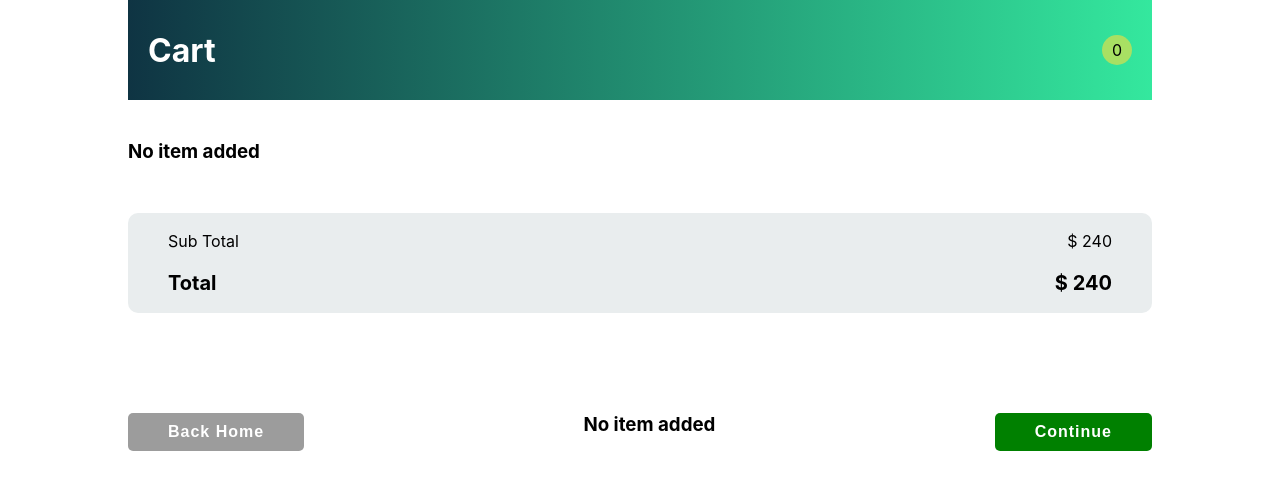
Repository: Yowani24/CarbonApp
Page: /cart
The author's editor kept a copy of each file at every save. The page is drawn from the files as they stood at one save, then again after the next save.
The browser window is 1280 px wide. The pictures show the whole page.
The project was rebuilt for these pictures with package versions that can differ from the ones it lists, and the page was loaded fresh each time. The framework's server and built-in components were replaced by stand-ins that run in the browser. Also part of the build but not shown: next.config.js.

Above is the page before, as saved 2021-09-27 13:58:50.

### pages/_app.js
import { useState } from 'react';
import '../styles/globals.css'
import { CreditProvider } from './products/CreditList'

function MyApp({ Component, pageProps }) {
  return (
    <CreditProvider>
      <Component {...pageProps} />
    </CreditProvider>
  );
}

export default MyApp

### pages/cart/index.js
import React from 'react';
import Head from 'next/head'

import styles from './Cart.module.css'
import Link from 'next/link'

import { CreditList } from '../products/CreditList'
import { useContext } from 'react'

export default function Cart(props) {
    const {cartContent, onAdd, onRemove} = useContext(CreditList);
    const [cartItems, setCartItems] = cartContent;
    return (
        <>
          <Head>
              <title>Cart</title>
          </Head>
          <header>
              <div className={styles.interface}>
                    <div className={styles.header_content}>
                        <h1>Cart</h1>
                        <p>{cartItems.length}</p>
                    </div>
              </div>
          </header>

          <section>
              <div className={styles.interface}>
                  <div className={styles.boxes}>
                      <h3>{cartItems.length === 0 && <p>No item added</p>}</h3>
                      {cartItems.map(item => (
                          <div className={styles.content_box} key={item.id}>
                          <div className={styles.box}>
                              <h3>{item.product}</h3>
                          </div>

                          <div className={styles.product_details}>
                            <div className={styles.description}>
                                <p>{item.product}</p>
                                <p>{item.description}</p>
                            </div>

                            <div className={styles.details_wrapper}>
                                <div className={styles.quantity_controls}>
                                    <button onClick={() => onRemove(item)}>-</button>
                                    <button onClick={() => onAdd(item)}>+</button>
                                </div>

                                <div className={styles.current_money}>
                                    <p>{item.quantity}</p>
                                    <span>x</span>
                                    <p>$ {item.price}</p>
                                </div>
                            </div>
                          </div>
                      </div>
                      ))}
                  </div>

                  <div className={styles.total_to_pay_box}>
                      <span>
                          <p>Sub Total</p>
                          <p>$ 240</p>
                      </span>
                      <span>
                          <p>Total</p>
                          <p>$ 240</p>
                      </span>
                  </div>

                  <div className={styles.button_box}>
                      <Link href="/"><button>Back Home</button></Link>
                      <h3>{cartItems.length === 0 && <p>No item added</p>}</h3>
                      <Link href="/payment"><button>Continue</button></Link>
                  </div>
              </div>
          </section>
        </>
    )
}

### styles/globals.css
html,
body {
  padding: 0;
  margin: 0;
  font-family: -apple-system, BlinkMacSystemFont, Segoe UI, Roboto, Oxygen,
    Ubuntu, Cantarell, Fira Sans, Droid Sans, Helvetica Neue, sans-serif;
}

a {
  color: inherit;
  text-decoration: none;
}

* {
  margin: 0;
  box-sizing: border-box;
}

### pages/products/CreditList.js
import React, { useState, createContext } from 'react';

export const CreditList = createContext();

export const CreditProvider = (props) => {
    const [credit, setCredit] = useState([
        {
            id: 1,
            product: 'Carbon Credit',
            price: 120,
            description: 'More details goes here like description'
        },
        {
            id: 2,
            product: 'Carbon Credit',
            price: 120,
            description: 'More details about the product'
        },
        {
            id: 3,
            product: 'Carbon Credit',
            price: 120,
            description: 'More details for the item'
        },
        {
            id: 4,
            product: 'Carbon Credit',
            price: 120,
            description: 'More details to provide about carb cred'
        }

    ]);

    const [cartItems, setCartItems] = useState([]);

    const onAdd = () => {
        const exist = cartItems.find(x => x.id === credit.id);
        if(exist) {
            setCartItems(cartItems.map(x => x.id === credit.id ? {...exist, quantity: exist.quantity + 1} : x));
        }else{
            setCartItems([...cartItems, {...credit, quantity: 1}])
        }
    }

    return (
        <CreditList.Provider value={{credits:[credit, setCredit], cartContent:[cartItems, setCartItems], onAdd: onAdd }}>
            {props.children}
        </CreditList.Provider>
    );
}

### pages/cart/Cart.module.css
.interface{
    width: 80%;
    margin: 0 auto;
}

@media (max-width: 780px){
    .interface{
        width: 100%;
    }
}

/* =================HEADER================ */

.header_content{
    display: flex;
    justify-content: space-between;
    align-items: center;
    height: 100px;
    padding: 0 20px;

    background: #34e89e;
    background: -webkit-linear-gradient(to right, #0f3443, #34e89e);
    background: linear-gradient(to right, #0f3443, #34e89e);
}
.header_content h1{
    color: #FFFFFF;
}
.header_content p{
    display: flex;
    justify-content: center;
    align-items:center;
    width: 30px;
    height: 30px;
    border-radius: 100%;
    background: #a8e063;
}

@media (max-width:415px){
    .header_content{
        height: 80px;
    }
}

/* ============================== */
.boxes{
    margin-top: 40px;
}
.content_box{
    width: 100%;
    height: 120px;
    background:rgb(233, 237, 238);
    border-radius: 10px;

    display: flex;
    align-items:center;
    margin: 15px 0;
}
.box{
    width: 120px;
    height: 100%;
    border-radius: 10px;

    background: #00467F;
    background: -webkit-linear-gradient(to right, #56ab2f , #a8e063);
    background: linear-gradient(to right, #56ab2f , #a8e063);


    display: flex;
    justify-content: center;
    align-items: center;
}
.box h3{
    font-size: 25px;
    width: 100px;
    color: azure;
}
.product_details{
    display: flex;
    justify-content: space-between;
    align-items: center;
    width: 80%;
    margin: 0 auto;
    color: hsl(0, 2%, 26%);
}
.description p:nth-child(2){
    margin-top: 5px;
    font-size: 14px;
}
.details_wrapper{
    width: 60%;

    display: flex;
    align-items: center;
    justify-content: space-between;
}
.quantity_controls button{
    border: none;
    padding: 5px 20px;
    margin: 0 5px;
    border-radius: 5px;
    font-size: 16px;
    background: rgb(204, 200, 200);
    cursor: pointer;
}
.quantity_controls button:active{
    background: rgb(148, 146, 146);
}
.current_money{
    display: flex;
    font-size: 16px;
    font-weight: bold;
}
.current_money span{
    padding: 0 20px;
}

@media (max-width: 780px){
    .content_box{
        height: 120px;
        width: 90%;
        margin: 15px auto;
    }
    .details_wrapper{
        width: 50%;
        margin: 0 auto;
        margin-top: 10px;
    }
}
@media (max-width: 415px){
    .content_box{
        height: 80px;
    }
    .box{
        width: 80px;
    }
    .box h3{
        font-size: 16px;
        width: 60px;
        color: azure;
    }

    .product_details{
        justify-content: center;
        flex-direction: column;
        width: 60%;
    }
    .description{
        width: 100%;
    }
    .description p:first-child{
        font-size: 14px;
    }
    .description p:nth-child(2){
        margin-top: 2px;
        font-size: 9px;
    }
    .details_wrapper{
        width: 100%;
        margin-top: 10px;
    }
    .quantity_controls button{
        padding: 5px 10px;
    }
    .current_money span{
        padding: 0 5px;
    }
}


/* ==================================== */

.total_to_pay_box{
    width: 100%;
    height: 100px;
    background:rgb(233, 237, 238);
    border-radius: 10px;

    display: flex;
    flex-direction: column;
    justify-content: center;
    margin-top: 50px;
    padding: 0 40px;
}

.total_to_pay_box span{
    display: flex;
    justify-content: space-between;
    margin: 10px 0;
}
.total_to_pay_box span:nth-child(2){
    font-weight: bold;
    font-size: 20px;
}

@media (max-width: 780px){
    .total_to_pay_box{
        height: 100px;
        width: 90%;
        margin: 0 auto;
        margin-top: 50px;
    }
}

@media (max-width: 460px){
    .total_to_pay_box{
        height: 80px;
    }
    .total_to_pay_box span{
        margin: 5px 0;
    }
    .total_to_pay_box span:first-child{
        font-size: 14px;
    }
    .total_to_pay_box span:nth-child(2){
        font-size: 16px;
    }
}



/* ===================================== */


.button_box{
    display: flex;
    justify-content: space-between;
    margin-top: 100px;
    margin-bottom: 50px;
}
.button_box button:first-child{
    background: rgb(156, 156, 156);
}
.button_box button:first-child:hover{
    background: rgb(122, 120, 120);
}
.button_box button:first-child:active{
    background: rgb(187, 184, 184);
}
.button_box button{
    border: none;
    background: green;
    padding: 10px 40px;
    font-size: 16px;
    color: #FFFFFF;
    letter-spacing: 1px;
    border-radius: 5px;
    cursor: pointer;
    transition: .1s;
    font-weight: bold;
}
.button_box button:nth-child(2):hover{
    background: rgb(1, 92, 1);
}
.button_box button:nth-child(2):active{
    background: rgb(13, 131, 13);
}

@media (max-width: 780px){
    .button_box{
        width: 90%;
        margin: 0 auto;
        margin-top: 40px;
        margin-bottom: 50px;
    }
    .button_box button{
        padding: 16px 50px;
        font-size: 16px;
    }
}

@media (max-width: 460px){
    .button_box button{
        padding: 10px 25px;
        font-size: 14px;
    }
}

Loaded but not shown: pages/api/hello.js (common file)

After the next save:
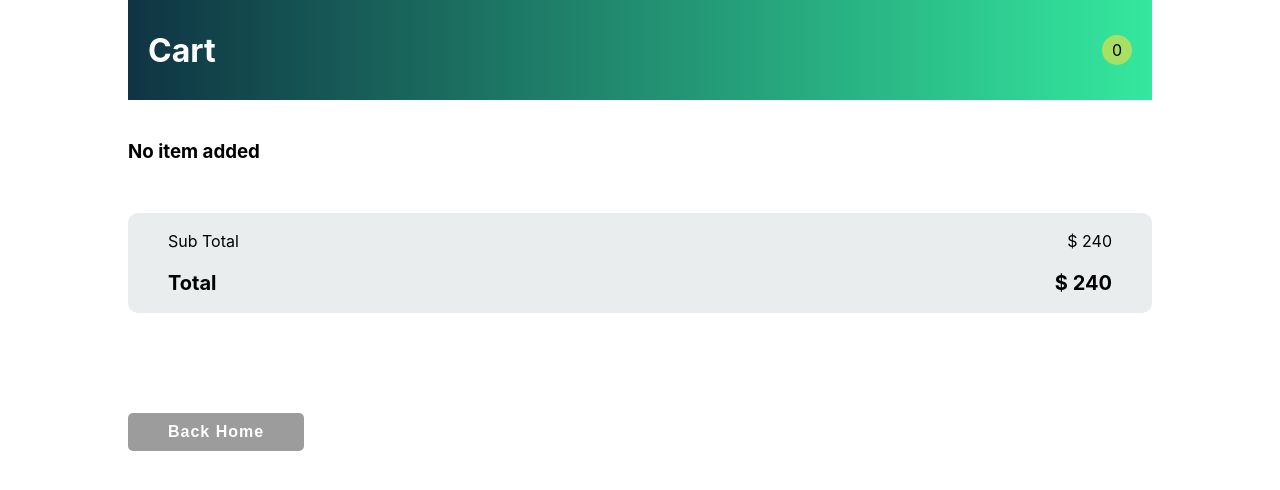
Saved 39 s later.
--- a/pages/cart/index.js
+++ b/pages/cart/index.js
@@ -70,8 +70,8 @@ export default function Cart(props) {
 
                   <div className={styles.button_box}>
                       <Link href="/"><button>Back Home</button></Link>
-                      <h3>{cartItems.length === 0 && <p>No item added</p>}</h3>
-                      <Link href="/payment"><button>Continue</button></Link>
+                      <h3>{cartItems.length > 0 && <Link href="/payment"><button>Continue</button></Link>}</h3>
+
                   </div>
               </div>
           </section>
